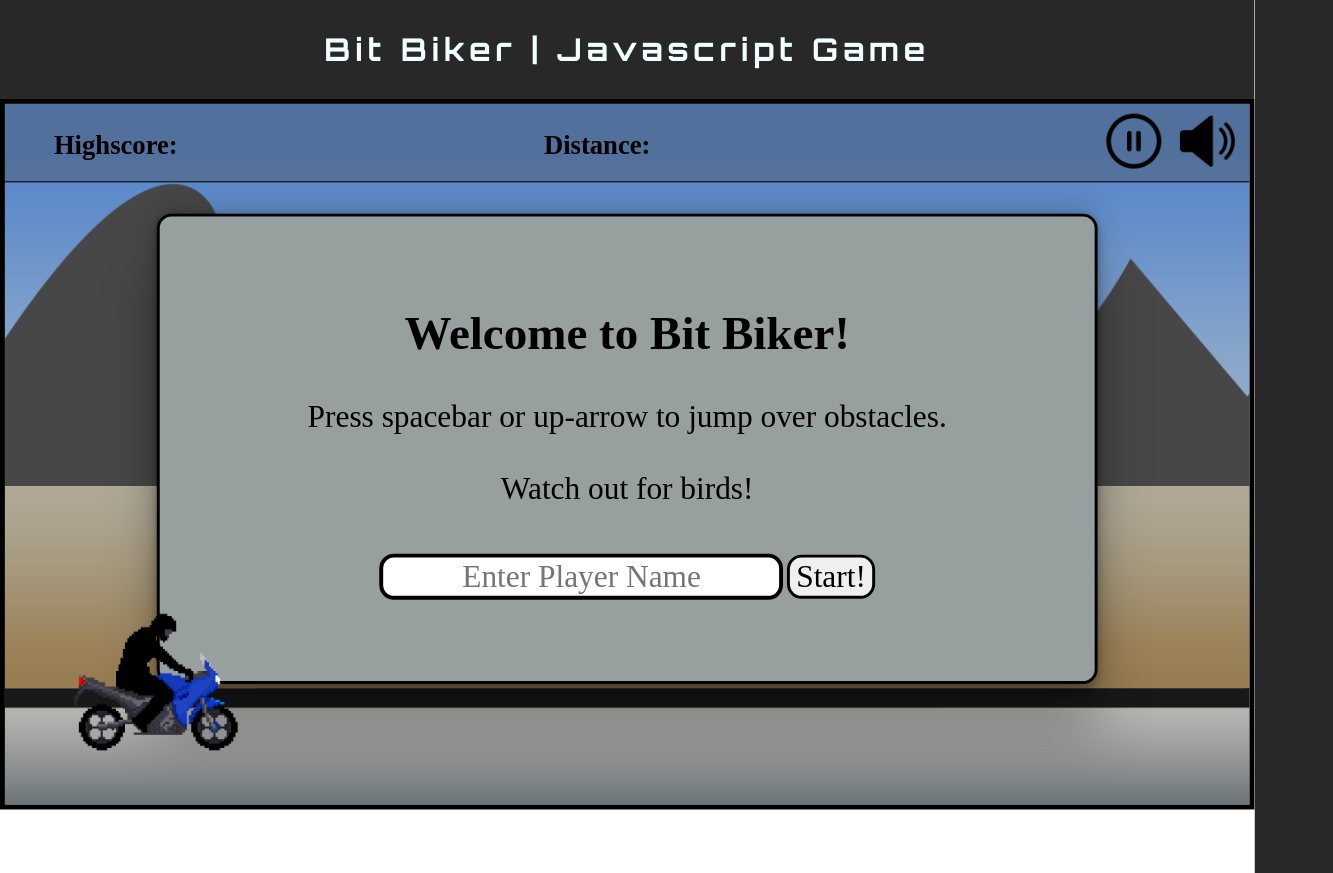
Repository: jellymel0n/bit-biker
Page: index.html
The author's editor kept a copy of each file at every save. The page is drawn from the files as they stood at one save, then again after the next save.
The browser window is 1280 px wide. The page is 1280 px wide, then 1360 px, so the pictures cover 1360 px, including what lies to the right of the window. The pictures show the whole page, at 98% of full size.

Above is the page before, as saved 2021-07-18 20:14:12.

### index.html
<!DOCTYPE html>
<html lang="en">
<head>
    <meta charset="UTF-8">
    <meta http-equiv="X-UA-Compatible" content="IE=edge">
    <meta name="viewport" content="width=device-width, initial-scale=1.0">
    <!-- Google Fonts -->
    <link rel="preconnect" href="https://fonts.googleapis.com">
    <link rel="preconnect" href="https://fonts.gstatic.com" crossorigin>
    <link href="https://fonts.googleapis.com/css2?family=Orbitron:wght@400;700&display=swap" rel="stylesheet">
    <!-- CSS reset/normalize -->
    <link rel="stylesheet" href="styles/normalize-fwd.css">
    <!-- Local CSS -->
    <link rel="stylesheet" href="styles/styles.css">
    <title>Bit Biker | Javascript Game</title>
</head>
<body>
    <h1>Bit Biker | Javascript Game</h1>

    <div class="board-bg"></div>
    <main id="game-board">
        <div id="song">
            <audio id='song-playback' currentTime=''>
                <source src="assets/music/run-song.mp3" type="audio/mp3" />
                Your browser does not support audio playback.
            </audio>
        </div>
        <!-- Game board header -->
        <div id='game-header'>
            <div class="highscore-container">
                <p id='highscore-text'>Highscore:   </p>
                <p id="highScore-get"></p>
            </div>

            <div class="distance-container">
            <p id='distance-text'>Distance:   </p>
            <p id="distance-num"></p>
            </div>

            <div id='btn-pause'>
                <img src="assets/graphics/icons/pause.png" alt="pause button, circle around a pause icon">
            </div>
            <div id='btn-volume'>
                <img src="assets/graphics/icons/volume.png" alt="volume button, speaker icon">
            </div>
            <div id="btn-mute">
                <img src='assets/graphics/icons/mute.png' alt='mute button, speaker icon crossed out'>
            </div>
        </div>
        <!-- End of game board header -->

        <!-- Splash screen - intro -->
        <div id='splash-screen'>
            <h2 id='splash-header'>Welcome to Bit Biker!</h2>
            <p id='splash-text'>Press spacebar or up-arrow to jump over obstacles.<br><br>Watch out for birds!</p>

            <div id="splashInput">
                <input id='player-name' type='text' placeholder='Enter Player Name' required>
                <button id='savePlayer'>Start!</button>
            </div>
        </div>
        <!-- End of splash screen -->

        <!-- Pause Screen -->
        <div id="pause-screen">
            <h2>Game Paused</h2>
            <p id='pause-text'>
                To get gameplay instructions click the "Help" button<br>
                To quit the game and go back to the splash screen click "Quit".<br>
                To go back to the game, click "X" in the top corner.</p>
            <div id="pause-close">
                <img src="assets/graphics/icons/remove.png" alt="Close icon, an X with a circle around it.">
            </div>
            <div id="pause-btns">
                <div id="help-btn">
                    <p id="help-btn-text">Help</p>
                </div>
                <div id="quit-btn">
                    <p id="quit-text">Quit</p>
                </div>
            </div>
        </div>
        <!-- End of Pause Screen -->

        <!-- Help Screen -->
        <div id="help-screen">
            <h2>Gameplay Instructions</h2>
            <p id='help-text'>
                Press the spacebar to jump, hold to jump higher.
                <br>
                Avoid obstacles in the road as well as birds flying above.<br>
                Rocks cannot hurt you, only spiked blocks and birds can.
                <br>
                To mute, click the speaker icon in the top corner.
            </p>
            <div id="help-btns">
                <div id="resume-btn">
                    <p>Resume</p>
                </div>
                <div id="help-quit-btn">
                    <p id="quit-text">Quit</p>
                </div>
            </div>
        </div>
        <!-- End of Help Screen -->

        <!-- Game Over Screen -->
        <div id="gOver-screen">
            <h2>Game Over!</h2>
            <p id='gOver-text'>
                That's the way of the road. Try again.
                <br><br>
            </p>
            <p id='gOver-distance'></p>
            <p id="highscoreCheck"></p>
            <div id="gOver-btns">
                <div id="play-again-btn">
                    <p>Play Again</p>
                </div>
                <div id="gOver-quit-btn">
                    <p id="quit-text">Quit</p>
                </div>
            </div>
        </div>

        <!-- End of Game Over Screen -->

        <!-- Game Complete Screen -->
        <div id="complete-screen">
            <h2>Congratulations!</h2>
            <p id='complete-text'>
                You've traversed the deadliest road.
                <br><br>
            </p>
            <p id='complete-distance'></p>
            <p id="completeHSCheck"></p>
            <div id="complete-btns">
                <div id="complete-play-again-btn">
                    <p>Play Again</p>
                </div>
                <div id="complete-quit-btn">
                    <p id="quit-text">Quit</p>
                </div>
            </div>
        </div>

        <!-- End of Game Complete Screen -->

    </main>

<!-- jQuery CDN script-->
<script src="https://code.jquery.com/jquery-3.6.0.min.js" integrity="sha256-/xUj+3OJU5yExlq6GSYGSHk7tPXikynS7ogEvDej/m4=" crossorigin="anonymous"></script>
<!-- Local JS script -->
<script src='scripts/script.js'></script>
</body>
</html>

### styles/styles.css
body {
    background-color: rgb(40, 40, 40);
}

h1 {
    font-family: 'Orbitron', sans-serif;
    color: azure;
    text-align: center;
    margin: 2rem auto;
    letter-spacing: 5px;
}

#game-board {
    width: 80rem;
    height: 725px;
    border: 5px solid black;
    /* border-radius: 10%; */
    margin: 0 auto;
    position: relative;
    overflow: hidden;
}

.board-bg {
    width: 80rem;
    height: 790px;
    background-color: white;
    z-index: -9999;
    /* border-radius: 10%; */
    margin: 0 auto;
    position: absolute;
}

/* Game board header */
div#game-header {
    display: flex;
    justify-content: space-around;
    width: 100%;
    height: 5rem;
    background-color: rgba(1, 255, 255, 0.297);
    background-color: rgba(74, 74, 74, 0.366);
    border-bottom: 1px solid black;
}

#highscore-text,
#distance-text,
#distance-num,
#highScore-get {
    position: absolute;
}

#highscore-text {
    font-size: 1.7rem;
    left: 50px;
    font-weight: bold;
}

#distance-text {
    font-size: 1.7rem;
    left: 550px;
    font-weight: bold;
}

#distance-num {
    font-size: 1.7rem;
    left: 660px;
    top: 1px;
    font-weight: bold;
    margin-left: 0.5rem;
}

#highScore-get {
    font-size: 1.7rem;
    left: 178px;
    font-weight: bold;
    margin-left: 0.5rem;
}



#btn-pause img {
    position: absolute;
    width: 3.5rem;
    right: 90px;
    top: 10px;
}

#btn-pause img:hover {
    transform: scale(1.1);
    cursor: pointer;
}

#btn-volume img,
#btn-mute img {
    position: absolute;
    width: 3.5rem;
    right: 15px;
    top: 10px;
}

#btn-volume img:hover,
#btn-mute img:hover  {
    transform: scale(1.1);
    cursor: pointer;
}

#btn-mute {
    display: none;
}

/* end of game board header */

/* Splash screen styles */
#splash-screen {
    width: 60rem;
    height: 30rem;
    z-index: 5;
    margin: 2rem auto;
    border: 3px solid black;
    border-radius: 15px;
    align-content: center;
    background-color: rgb(152, 159, 159);
    box-shadow: rgba(0, 0, 0, 0.25) 0px 54px 55px, rgba(0, 0, 0, 0.12) 0px -12px 30px, rgba(0, 0, 0, 0.12) 0px 4px 6px, rgba(0, 0, 0, 0.17) 0px 12px 13px, rgba(0, 0, 0, 0.09) 0px -3px 5px;
}

#splash-screen h2 {
    text-align: center;
    font-size: 3rem;
}

#splash-text {
    text-align: center;
    font-size: 2rem;
    margin: 0 1rem;
}

#splashInput {
    text-align: center;
    margin-top: 3rem;
}

input[type=text] {
    border: 4px solid black;
    border-radius: 15px;
    font-size: 2rem;
    margin: 0 auto 2rem auto;
    text-align: center;
}

button#savePlayer {
    font-size: 2rem;
    color: black;
    border: 3px solid black;
    border-radius: 15px;
}

button#savePlayer:hover {
    transform: scale(1.1);
    cursor: pointer;
}
/* End of splash screen styles */

/* Pause and Help screen styles */

#pause-screen,
#help-screen,
#gOver-screen,
#complete-screen {
    display: none;
    position: relative;
    z-index: 3;
    width: 60rem;
    height: 30rem;
    margin: 2rem auto;
    border: 3px solid black;
    border-radius: 15px;
    align-content: center;
    background-color: rgb(152, 159, 159);
    box-shadow: rgba(0, 0, 0, 0.25) 0px 54px 55px, rgba(0, 0, 0, 0.12) 0px -12px 30px, rgba(0, 0, 0, 0.12) 0px 4px 6px, rgba(0, 0, 0, 0.17) 0px 12px 13px, rgba(0, 0, 0, 0.09) 0px -3px 5px;
}

#pause-screen h2,
#help-screen h2,
#gOver-screen h2,
#complete-screen h2 {
    text-align: center;
    font-size: 3rem;
}

#pause-text,
#help-text,
#gOver-text,
#gOver-distance,
#highscoreCheck,
#complete-text,
#complete-distance,
#completeHSCheck {
    text-align: center;
    font-size: 2rem;
    margin: 0 1rem;
}

#pause-close img {
    position: absolute;
    width: 3.5rem;
    left: 15px;
    top: 15px;
}

#pause-close img:hover {
    transform: scale(1.1);
    cursor: pointer;
}

#pause-btns,
#help-btns,
#gOver-btns,
#complete-btns{
    display: flex;
    justify-content:center;
    margin-top: 3.6rem;
}

#help-btn,
#quit-btn,
#resume-btn,
#help-quit-btn,
#play-again-btn,
#gOver-quit-btn,
#complete-play-again-btn,
#complete-quit-btn {
    border: solid 3px black;
    text-align: center;
    width: 17%;
    border-radius: 10px;
    /* height: 4rem; */
    font-size: 2rem;
    vertical-align: middle;
    font-weight: bold;
    margin: 0 3rem 0 3rem;
}

#help-btn:hover,
#quit-btn:hover,
#resume-btn:hover,
#help-quit-btn:hover,
#play-again-btn:hover,
#gOver-quit-btn:hover,
#complete-quit-btn:hover,
#complete-play-again-btn:hover {
    transform: scale(1.1);
    cursor: pointer;
    background-color: black;
    color: azure;
}

/* End of Screen Styles */

/* Game Objects */
.player {
    position: absolute;
    background-size: contain;
    transform-origin: center center;
}

.obstacle {
    position: absolute;
    background-size: contain;
}

.bg-layer {
    position: absolute;
}

.bg-prop {
    position: absolute;
    background-size: contain;
}

Loaded but not shown: styles/normalize-fwd.css (library); scripts/script.js (751 lines, source omitted)

After the next save:
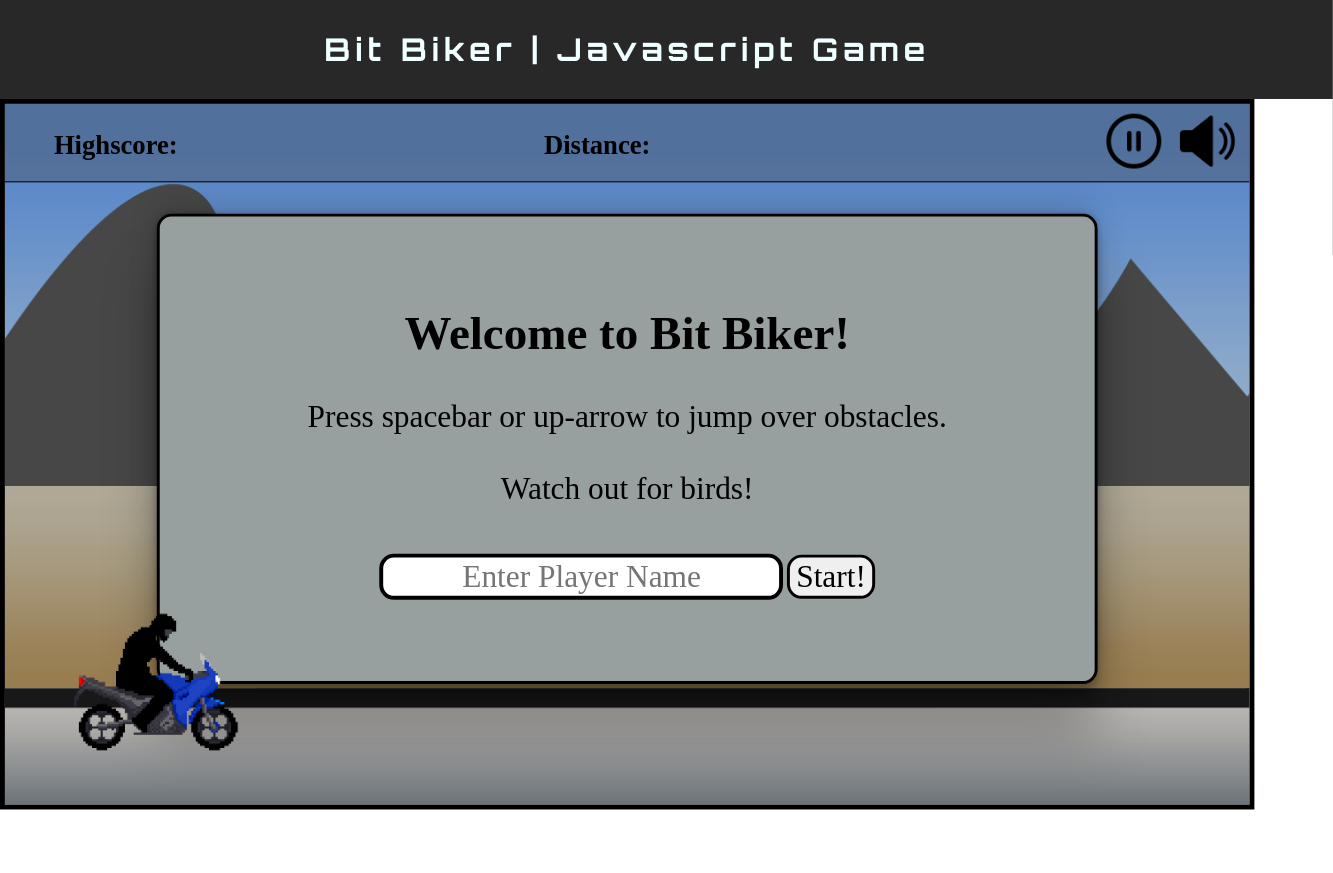
Saved 10 s later.
--- a/styles/styles.css
+++ b/styles/styles.css
@@ -21,7 +21,7 @@ h1 {
 }
 
 .board-bg {
-    width: 80rem;
+    width: 85rem;
     height: 790px;
     background-color: white;
     z-index: -9999;
